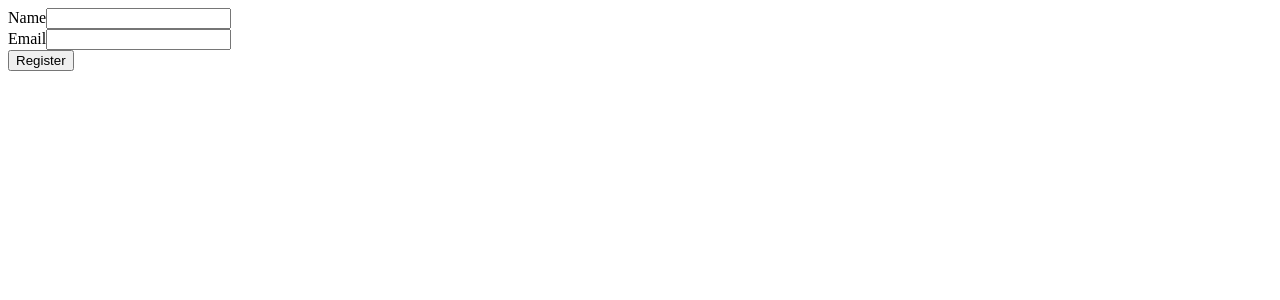
Repository: suryapattnayak/javascript
Page: RegistrationExample/WebContent/RegiStration.html
These files come from the project's save history. The page is drawn as it stood at one moment and after the next save; the edit follows.
The browser window is 1280 px wide. The pictures show the whole page.

Above is the page before, as saved 2019-09-05 07:52:35.

After the next save:
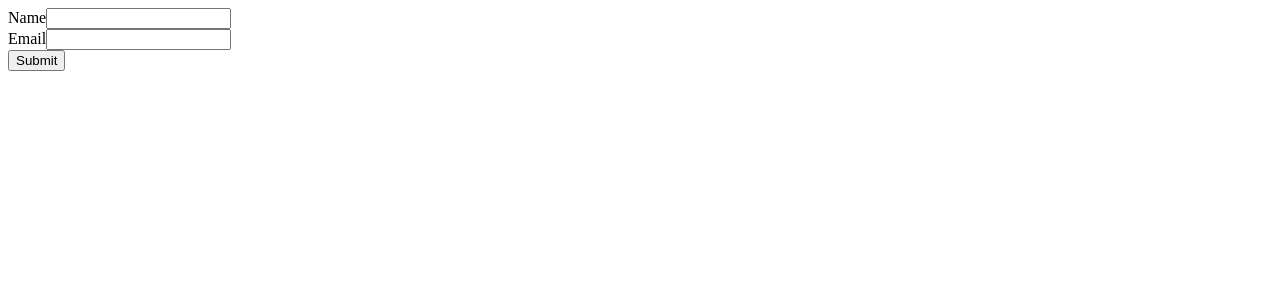
Saved 9 s later.
--- a/RegistrationExample/WebContent/RegiStration.html
+++ b/RegistrationExample/WebContent/RegiStration.html
@@ -8,7 +8,7 @@
 	<form action="RegistrationController" method="post">
 		Name<input type="text" name="user"><br>
 		Email<input type="Password" name="pass"><br>
-		<input type="submit" value="Register" >
+		<input type="submit" name="Register" >
 	</form>
 </body>
 </html>

After the 3 saves that followed:
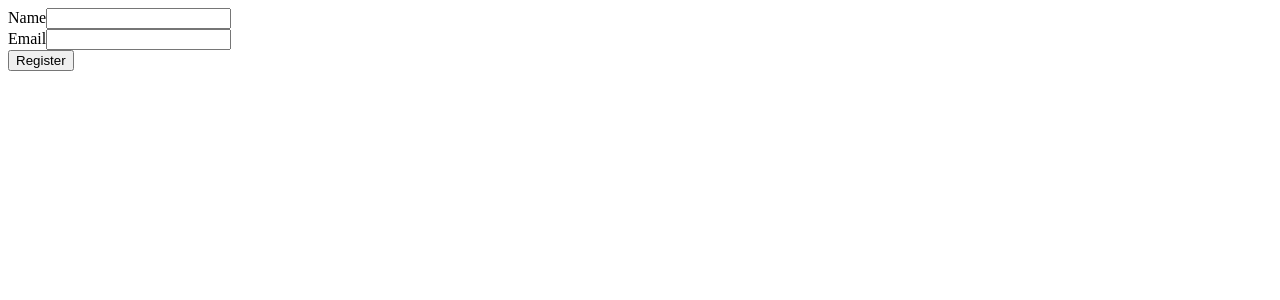
The 3 saves are shown as one change because 2 left the picture as it was.
The last was saved 3 min 53 s later.
--- a/RegistrationExample/WebContent/RegiStration.html
+++ b/RegistrationExample/WebContent/RegiStration.html
@@ -8,7 +8,7 @@
 	<form action="RegistrationController" method="post">
 		Name<input type="text" name="user"><br>
 		Email<input type="Password" name="pass"><br>
-		<input type="submit" name="Register" >
+		<input type="submit" value="Register">
 	</form>
 </body>
 </html>
